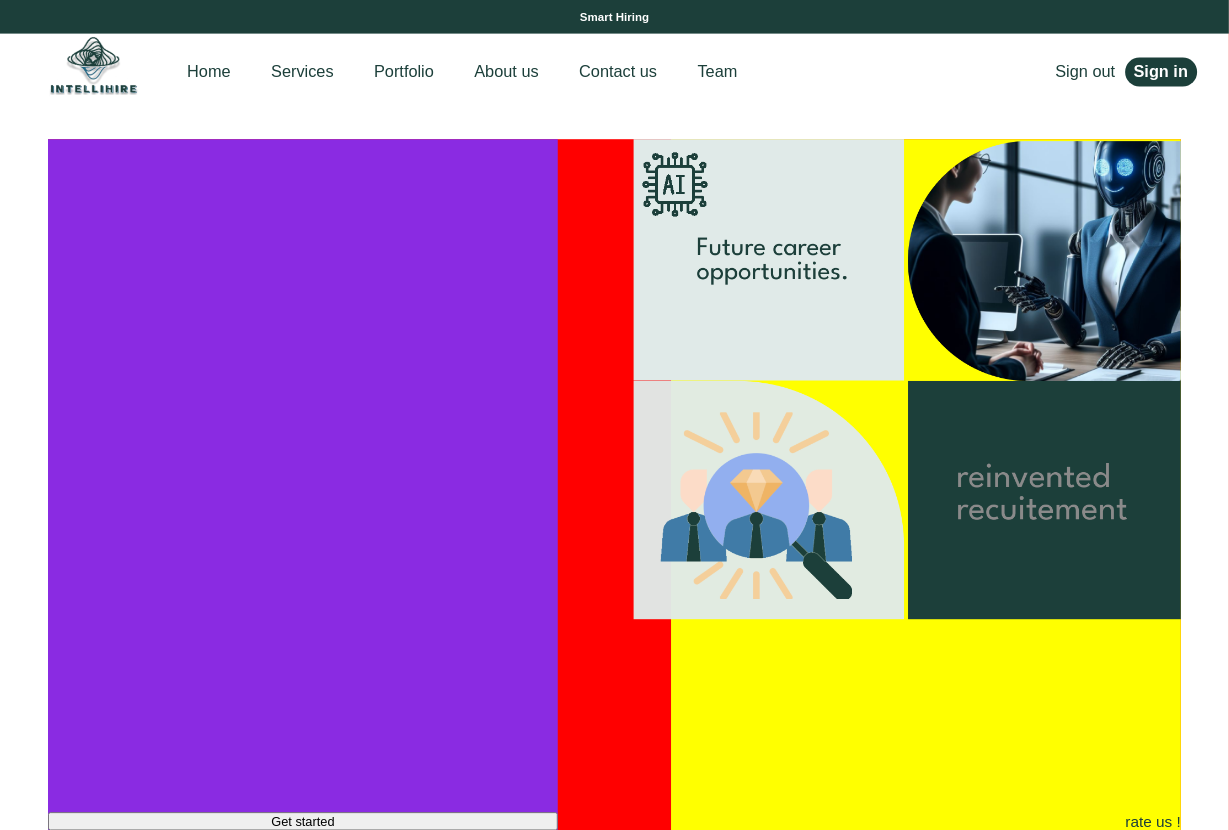
Repository: arijkl/Projet-PFA
Page: HomePage.html
These files come from the project's save history. The page is drawn as it stood at one moment and after the next save; the edit follows.
The browser window is 1280 px wide. The pictures show the whole page, at 96% of full size.

Above is the page before, as saved 2024-04-21 19:57:06.

### HomePage.html
<!DOCTYPE html>
<html lang="en">
  <head>
    <meta charset="UTF-8" />
    <meta name="viewport" content="width=device-width, initial-scale=1.0" />
    <title>Document</title>
    <link rel="stylesheet" href="HomePage.css" />
  </head>
  <body>
    <nav class="beforeNav">
      <span>Smart Hiring</span>
    </nav>
    <nav class="navBar">
      <span class="Mainlogo"><img src="Assets/mainlogo.png" alt="" /></span>
      <ul>
        <li><a href="">Home</a></li>
        <li><a href="">Services</a></li>
        <li><a href="">Portfolio</a></li>
        <li><a href="">About us</a></li>
        <li><a href="">Contact us</a></li>
        <li><a href="">Team</a></li>
      </ul>
      <span class="signin-out">
        <a href="">Sign out</a>
        <a href="" class="sign-in">Sign in</a>
      </span>
    </nav>
    <div class="container">
        <div class="left-container">
            <span></span>
            <h1></h1>
            <p></p>
            <button>Get started</button>
        </div>
        <div class="right-container">
            <img src="Assets/Home-right-image.png" alt="">
            <span>rate us !

            </span>
        </div>


    </div>
    <footer>

    </footer>
  </body>
</html>

### HomePage.css
* {
    margin: 0px;
    padding: 0px;
    font-family: 'Montserrat', sans-serif;
}

@font-face {
    font-family: 'Montserrat';
    src: url('https://fonts.googleapis.com/css2?family=Montserrat&display=swap');
    /* You can also host the font files locally and provide the path accordingly */
}




body {
    font-family: 'Montserrat', sans-serif;
    background: white;
    color: #1C3F3A;
    height: 100vh;
    width: 100%;


.beforeNav {
    background-color: #1C3F3A;
    height: 35px;
    color: white;
    display: flex;
    justify-content: space-around;
    align-items: center;
    font-weight: 550;
    font-size: 12px;

}

.Mainlogo {
    height: 100%;
    width: 15%;

}

.Mainlogo img {
    position: absolute;
    height: 100px;
    width: 150px;

}

.navBar {

    height: 80px;
    display: flex;
    justify-content: space-between;
    margin-left: 20px;
    margin-right: 20px;
    font-weight: 500;



}

.navBar ul {
    display: flex;
    justify-content: space-around;
    align-items: center;
    width: 60%;
    list-style: none;
    margin-right: 25%;
    font-size: 17px;

}

.navBar ul li a {
    text-decoration: none;
    color: #1C3F3A;



}

.signin-out {
    display: flex;
    align-items: center;
    margin-right: 7px;
    width: 15%;



}

.signin-out a {
    text-decoration: none;
    font-size: 17px;

}

.signin-out a:first-child {
    color: #1C3F3A;

}

.sign-in {
    display: flex;
    justify-content: center;
    align-items: center;
    width: 75px;
    height: 30px;
    font-weight: 550;
    margin-left: 10px;
    color: white;
    background-color: #1C3F3A;
    border-radius: 15px;



}
.container{
    display: flex;
    justify-content: space-between;
    align-items:center;
    height: 100%;
    margin-left: 50px;
    margin-right: 50px;
    margin-top:30px;
    background-color:red;
}

.left-container{
    background-color:blueviolet;
    height: 100%;
    width:45%;
    display: flex;
    flex-direction: column;
    justify-content:space-between;
}
.right-container{
    background-color:yellow;
    height: 100%;
    width:45%;
    display: flex;
    flex-direction: column;
    justify-content:space-between;
    align-items:flex-end;
}
.right-container img{

    height:500px;
    width:570px;

}

After the next save:
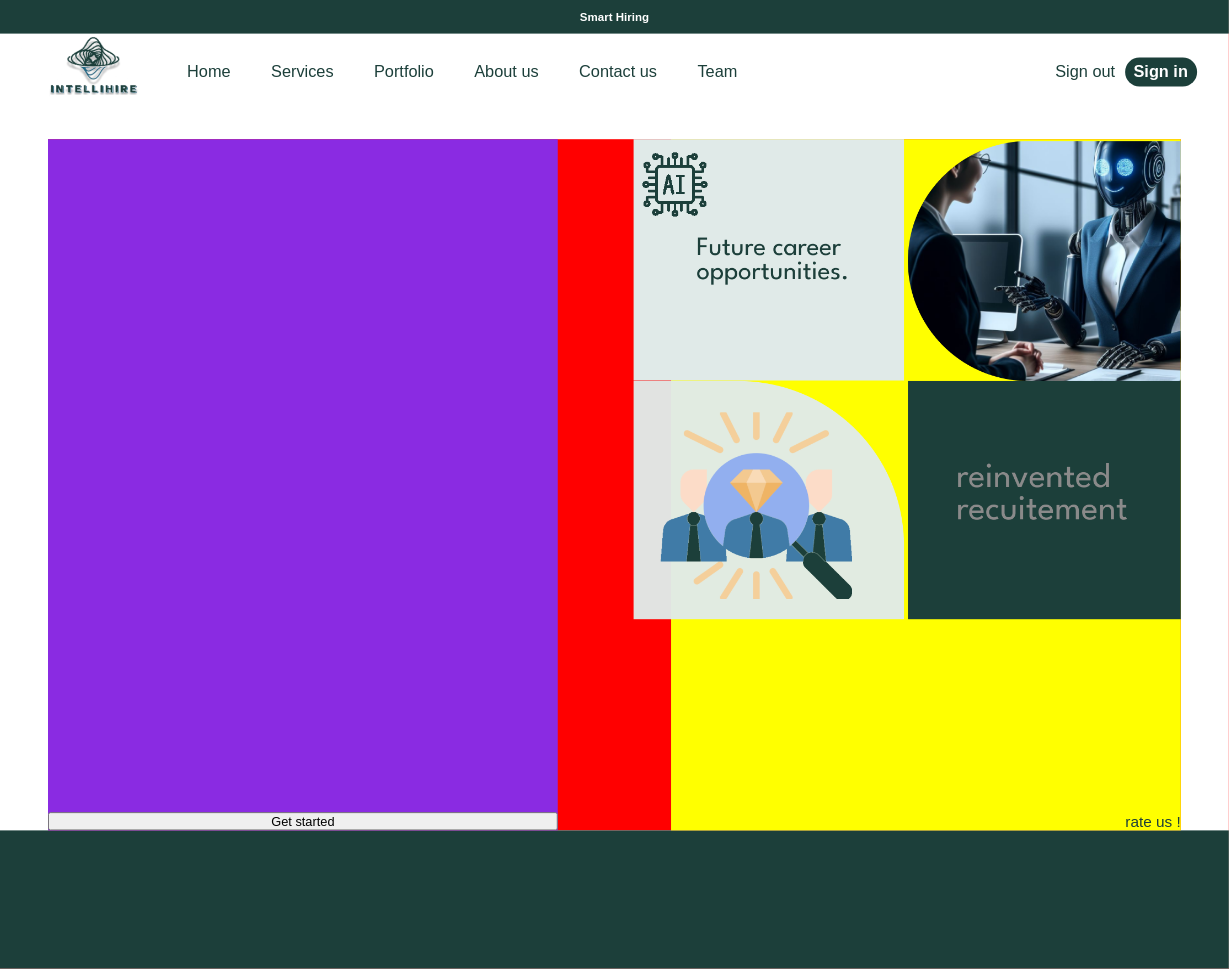
Saved 39 s later.
--- a/HomePage.css
+++ b/HomePage.css
@@ -148,3 +148,7 @@
     width:570px;
 
 }
+footer{
+    background-color:#1C3F3A;
+    height:20%;
+}
